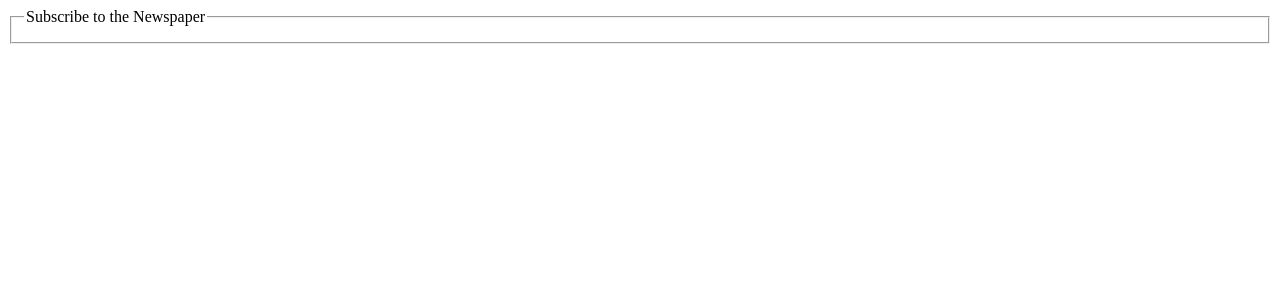
Repository: wakoya-tech/Node.js
Page: Desktop/Node-js/okey.html
The author's editor kept a copy of each file at every save. The page is drawn from the files as they stood at one save, then again after the next save.
The browser window is 1280 px wide. The pictures show the whole page.

Above is the page before, as saved 2025-11-13 15:50:23.

After the next save:
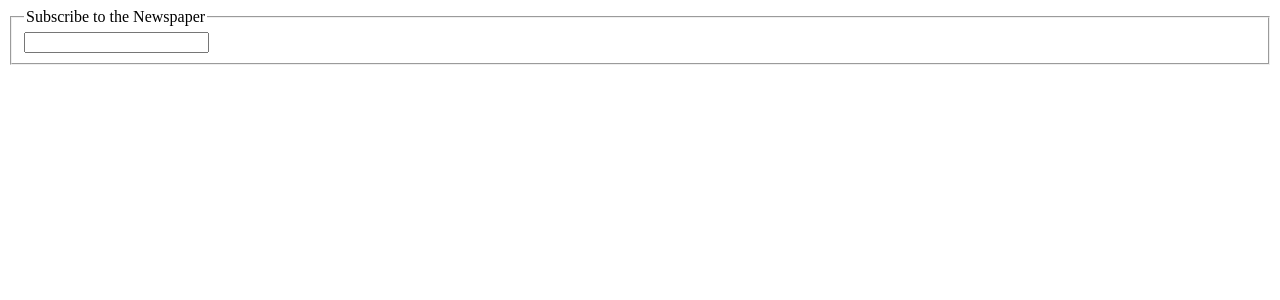
Saved 56 s later.
--- a/Desktop/Node-js/okey.html
+++ b/Desktop/Node-js/okey.html
@@ -8,7 +8,8 @@
 <body>
 <form action="/subscribe" method="post">
 <fieldset>
-    <legend>Subscribe to the Newspaper</legend>
+<legend>Subscribe to the Newspaper</legend>
+<input type="email"name="email">
 </fieldset>
 
 </form>
